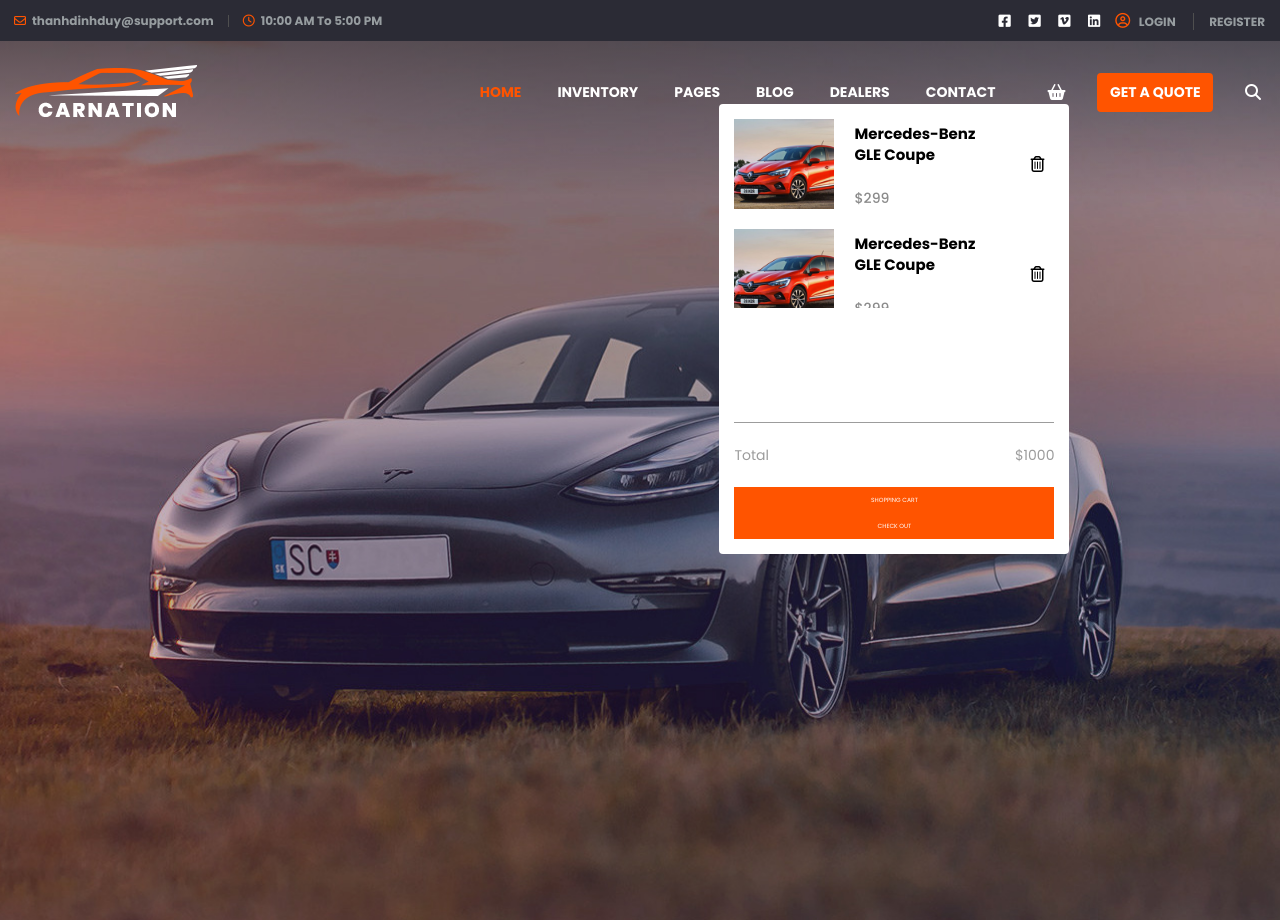
Repository: thanhdinh01/shopcar
Page: index.html
These files come from the project's save history. The page is drawn as it stood at one moment and after the next save; the edit follows.
The browser window is 1280 px wide. The pictures show the whole page.
Some web libraries are served in a nearby version. The style sheet was rebuilt from its Sass, Less or Tailwind sources for each picture, by a compiler version that may differ from the author's.

Above is the page before, as saved 2022-08-10 21:12:27.

### index.html
<!DOCTYPE html>
<html lang="en">
  <head>
    <meta charset="UTF-8" />
    <meta http-equiv="X-UA-Compatible" content="IE=edge" />
    <meta name="viewport" content="width=device-width, initial-scale=1.0" />
    <title>Increase follower on social media</title>
    <link
      rel="stylesheet"
      href="https://cdnjs.cloudflare.com/ajax/libs/font-awesome/6.1.2/css/all.min.css"
      integrity="sha512-1sCRPdkRXhBV2PBLUdRb4tMg1w2YPf37qatUFeS7zlBy7jJI8Lf4VHwWfZZfpXtYSLy85pkm9GaYVYMfw5BC1A=="
      crossorigin="anonymous"
      referrerpolicy="no-referrer"
    />
    <link
      href="https://fonts.googleapis.com/css2?family=Poppins:wght@300;400;500;600;700&display=swap"
      rel="stylesheet"
    />
    <link rel="stylesheet" href="./css/reset.css" />
    <link rel="stylesheet" href="./css/style.css" />
  </head>

  <body>
    <div class="main">
      <!-- HEADER -->
      <header class="header">
        <div class="header-top">
          <div class="container">
            <div class="header-top-container dflex">
              <ul class="header-top-left">
                <li>
                  <i class="fa-regular fa-envelope"></i>
                  <p>thanhdinhduy@support.com</p>
                </li>
                <li>
                  <i class="fa-regular fa-clock"></i>
                  <p>10:00 AM To 5:00 PM</p>
                </li>
              </ul>
              <ul class="header-top-right">
                <li class="header-contact">
                  <a href="#"><i class="fa-brands fa-square-facebook"></i></a>
                  <a href="#"><i class="fa-brands fa-square-twitter"></i></a>
                  <a href="#"><i class="fa-brands fa-square-vimeo"></i></a>
                  <a href="#"><i class="fa-brands fa-linkedin"></i></a>
                </li>
                <li class="header-login">
                  <a href="#" class="login">
                    <i class="fa-regular fa-circle-user"></i> LOGIN
                  </a>
                  <a href="#" class="logup"> REGISTER </a>
                </li>
              </ul>
            </div>
          </div>
        </div>
        <div class="header-navigation">
          <div class="container p15 dflex">
            <div class="nav-logo">
              <a href="#" class="logo-link">
                <img src="./images/header/logo.png" alt="logo" />
              </a>
            </div>
            <div class="nav-total dflex">
              <ul class="nav-list dflex">
                <li class="nav-item active">
                  <a href="#">HOME</a>
                </li>
                <li class="nav-item">
                  <a href="#">INVENTORY </a>
                  <ul class="sub-list">
                    <li class="sub-item">
                      <a href="#">Inventory List</a>
                    </li>
                    <li class="sub-item">
                      <a href="#">Inventory Details</a>
                    </li>
                  </ul>
                </li>
                <li class="nav-item">
                  <a href="#">PAGES</a>
                  <ul class="sub-list">
                    <li class="sub-item">
                      <a href="#">About us</a>
                    </li>
                    <li class="sub-item">
                      <a href="#">Loan Calculator</a>
                    </li>
                    <li class="sub-item">
                      <a href="#">Login Page</a>
                    </li>
                  </ul>
                </li>
                <li class="nav-item">
                  <a href="#">BLOG</a>
                  <ul class="sub-list">
                    <li class="sub-item">
                      <a href="#">Our Blog</a>
                    </li>
                    <li class="sub-item">
                      <a href="#">Blog Details</a>
                    </li>
                  </ul>
                </li>
                <li class="nav-item">
                  <a href="#">DEALERS</a>
                </li>
                <li class="nav-item">
                  <a href="#">CONTACT</a>
                </li>
              </ul>
              <ul class="nav-interact dflex">
                <li class="cart">
                  <a href="#" class="cart-link">
                    <i class="fa-solid fa-basket-shopping"></i>
                  </a>
                  <div class="cart-wrap">
                    <div class="cart-top">
                      <div class="cart-item">
                        <a href="#" class="product-img">
                          <img
                            src="./images/latest-car/t_released_cars_thumb01.jpg"
                            alt=""
                          />
                        </a>
                        <div class="product-desc">
                          <a href="#" class="product-title"
                            >Mercedes-Benz GLE Coupe</a
                          >
                          <span class="product-price">$299</span>
                        </div>
                        <div class="delete-item">
                          <i class="fa-regular fa-trash-can"></i>
                        </div>
                      </div>
                      <div class="cart-item">
                        <a href="#" class="product-img">
                          <img
                            src="./images/latest-car/t_released_cars_thumb01.jpg"
                            alt=""
                          />
                        </a>
                        <div class="product-desc">
                          <a href="#" class="product-title">
                            Mercedes-Benz GLE Coupe
                          </a>
                          <span class="product-price">$299</span>
                        </div>
                        <div class="delete-item">
                          <i class="fa-regular fa-trash-can"></i>
                        </div>
                      </div>
                      <div class="cart-item">
                        <a href="#" class="product-img">
                          <img
                            src="./images/latest-car/t_released_cars_thumb01.jpg"
                            alt=""
                          />
                        </a>
                        <div class="product-desc">
                          <a href="#" class="product-title"
                            >Mercedes-Benz GLE Coupe Benz GLE Coupe</a
                          >
                          <span class="product-price">$299</span>
                        </div>
                        <div class="delete-item">
                          <i class="fa-regular fa-trash-can"></i>
                        </div>
                      </div>
                      <div class="cart-item">
                        <a href="#" class="product-img">
                          <img
                            src="./images/latest-car/t_released_cars_thumb01.jpg"
                            alt=""
                          />
                        </a>
                        <div class="product-desc">
                          <a href="#" class="product-title"
                            >Mercedes-Benz GLE Coupe</a
                          >
                          <span class="product-price">$299</span>
                        </div>
                        <div class="delete-item">
                          <i class="fa-regular fa-trash-can"></i>
                        </div>
                      </div>
                    </div>
                    <div class="cart-bottom">
                      <div class="cart-bottom-price">
                        <p>Total</p>
                        <span>$1000</span>
                      </div>
                      <div class="cart-bottom-buying">
                        <button class="button buy-now">SHOPPING CART</button>
                        <button class="button check-out">CHECK OUT</button>
                      </div>
                    </div>
                  </div>
                </li>
                <li class="quote">
                  <button class="button">GET A QUOTE</button>
                </li>
                <li class="search">
                  <i class="fa-solid fa-magnifying-glass"></i>
                </li>
              </ul>
            </div>
          </div>
        </div>
        <div class="header-main"></div>
        <div class="header-selection"></div>
      </header>
    </div>
  </body>
</html>

### css/style.scss
@import "reset";
@import "variables";
@import "global";
@import "header";

### css/_variables.scss
$primaryColor: #ff5400;
$blackColor: #000;
$whiteColor: #fff;
$textColor: #9c9c9c;

### css/_global.scss
body,
*,
html {
    font-family: 'Poppins', sans-serif;
    font-size: 62.5%;
    box-sizing: border-box;
}

.container {
    max-width: 1440px;
    margin: 0 auto;
}

.dflex {
    display: flex;
    justify-content: space-between;
    align-items: center;
}

.button {
    outline: none;
    border: none;
    color: $whiteColor;
    background-color: $primaryColor;
    line-height: 1;
}

.p15 {
    padding: 0 15px;
}

### css/_header.scss
.header {
  background: url("../images/header/banner_bg02.jpg") center/ cover no-repeat;
  height: 920px;
  .header-top {
    max-width: 100%;
    height: 41px;
    background-color: #2b2b35;
    color: #979da0;
    font-size: 1.2rem;
    font-weight: 700;
    &-container,
    .container {
      height: 100%;
    }
    &-left {
      display: flex;
      li:first-child {
        border-right: 1px solid #4f4f4f;
      }
      li {
        display: flex;
        align-items: center;
        padding: 0 14px;
        i {
          color: $primaryColor;
          margin-right: 6px;
        }
      }
    }
    &-right {
      display: flex;
      align-items: center;
      .header-contact {
        a {
          color: $whiteColor;
          margin-left: 15px;
          font-size: 1.4rem;
          text-decoration: none;
          i {
            display: inline-block;
          }
          &:hover {
            color: $primaryColor;
          }
        }
      }
      .header-login {
        a {
          text-decoration: none;
          color: #979da0;
          padding: 0 15px;
          font-size: 12px;
          &:first-child {
            padding-right: 15px;
            border-right: 1px solid #4f4f4f;
            i {
              color: $primaryColor;
              margin-right: 6px;
              font-size: 1.5rem;
            }
          }
          &:hover {
            color: $primaryColor;
          }
        }
      }
    }
  }
  .header-navigation {
    padding-top: 24px;
    position: relative;
    &::after {
      content: "";
      position: absolute;
      left: 0;
      top: 0;
      width: 100%;
      height: 156px;
      background: linear-gradient(to bottom, #151515, transparent);
      opacity: 0.47;
    }
    .nav-logo,
    .nav-total {
      z-index: 1;
    }
    .nav-list {
      margin-right: 30px;
      .nav-item.active {
        a {
          color: $primaryColor;
        }
      }
      .nav-item {
        position: relative;
        a {
          padding: 20px 18px;
          display: inline-block;
          text-decoration: none;
          font-size: 14px;
          font-weight: 700;
          color: $whiteColor;
          &:hover {
            color: $primaryColor;
          }
        }
        &:hover .sub-list {
          opacity: 1;
          visibility: visible;
          transform: scale(1);
        }
        .sub-list {
          position: absolute;
          top: 100%;
          left: 0;
          width: 200px;
          padding: 15px 0;
          background-color: $whiteColor;
          box-shadow: 0px 30px 70px 0px rgb(137 139 142 / 15%);
          transform: scale(1, 0);
          transform-origin: 0 0;
          opacity: 0;
          visibility: hidden;
          transition: all 0.3s ease-in-out;
          .sub-item a {
            color: $blackColor;
            display: block;
            padding: 16px 18px;
            &:hover {
              color: $primaryColor;
            }
          }
        }
      }
    }
    .nav-interact {
      gap: 0 28px;
      .cart {
        position: relative;
        .cart-link {
          display: block;
          padding: 4px;
          i {
            font-size: 1.6rem;
            color: $whiteColor;
          }
        }
        .cart-wrap {
          position: absolute;
          right: 0;
          top: 100%;
          height: 450px;
          width: 350px;
          padding: 15px;
          display: flex;
          flex-direction: column;
          justify-content: space-between;
          background-color: $whiteColor;
          border-radius: 4px;
          .cart-top {
            max-height: 45%;
            width: 100%;
            overflow: auto;
            flex-shrink: 0;
            .cart-item {
              display: flex;
              // align-items: center;
              gap: 0 20px;
              margin-bottom: 20px;
              .product-img {
                width: 100px;
                height: 90px;
                display: block;
                flex-shrink: 0;
                img {
                  width: 100%;
                  height: 100%;
                  object-fit: cover;
                  display: block;
                }
              }
              .product-desc {
                display: flex;
                flex-direction: column;
                margin: 4px 0;
                .product-title {
                  display: block;
                  font-size: 1.5rem;
                  font-weight: 700;
                  text-decoration: none;
                  color: $blackColor;
                  line-height: 1.4;
                  &:hover {
                    color: $primaryColor;
                  }
                }
                .product-price {
                  display: block;
                  color: #8b8b8b;
                  font-size: 1.4rem;
                  font-weight: 500;
                  margin-top: auto;
                }
              }
              .delete-item {
                display: flex;
                align-items: center;
              }
              i {
                font-size: 1.6rem;
                padding: 0 10px;
                cursor: pointer;
                &:hover {
                  color: $primaryColor;
                }
              }
            }
          }
          .cart-bottom {
            margin-top: 25px;
            // flex: 1;
            border-top: 1px solid $textColor;
            &-price {
              font-size: 1.4rem;
              color: $textColor;
              display: flex;
              justify-content: space-between;
              margin: 25px 0;
            }
            &-buying {
              display: flex;
              flex-direction: column;
              margin-top: auto;
              .button {
                display: block;
                padding: 10px;
              }
            }
          }
        }
      }
      .quote {
        button {
          color: $whiteColor;
          font-size: 1.4rem;
          font-weight: 700;
          padding: 12.5px;
          border-radius: 4px;
          min-width: 44px;
          cursor: pointer;
          transition: all 0.3s ease;
          &:hover {
            background-color: $blackColor;
          }
        }
      }
      .search {
        i {
          display: block;
          font-size: 1.6rem;
          padding: 4px;
          color: $whiteColor;
          cursor: pointer;
        }
      }
    }
  }
}

Loaded but not shown: css/reset.css (common file); css/_reset.scss (common file)

After the next save:
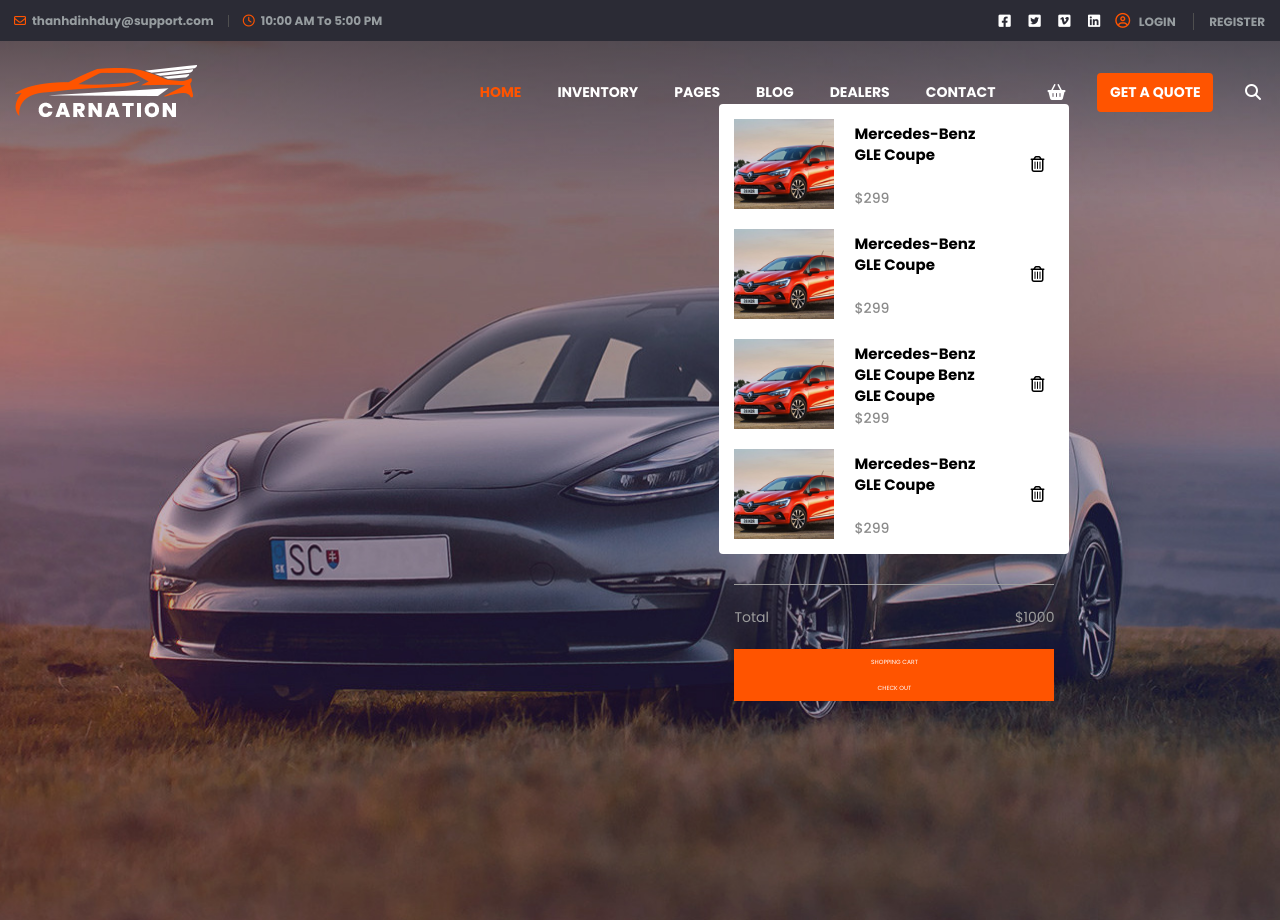
Saved 17 s later.
--- a/css/_header.scss
+++ b/css/_header.scss
@@ -148,7 +148,7 @@
           position: absolute;
           right: 0;
           top: 100%;
-          height: 450px;
+          max-height: 450px;
           width: 350px;
           padding: 15px;
           display: flex;

After the 2 saves that followed:
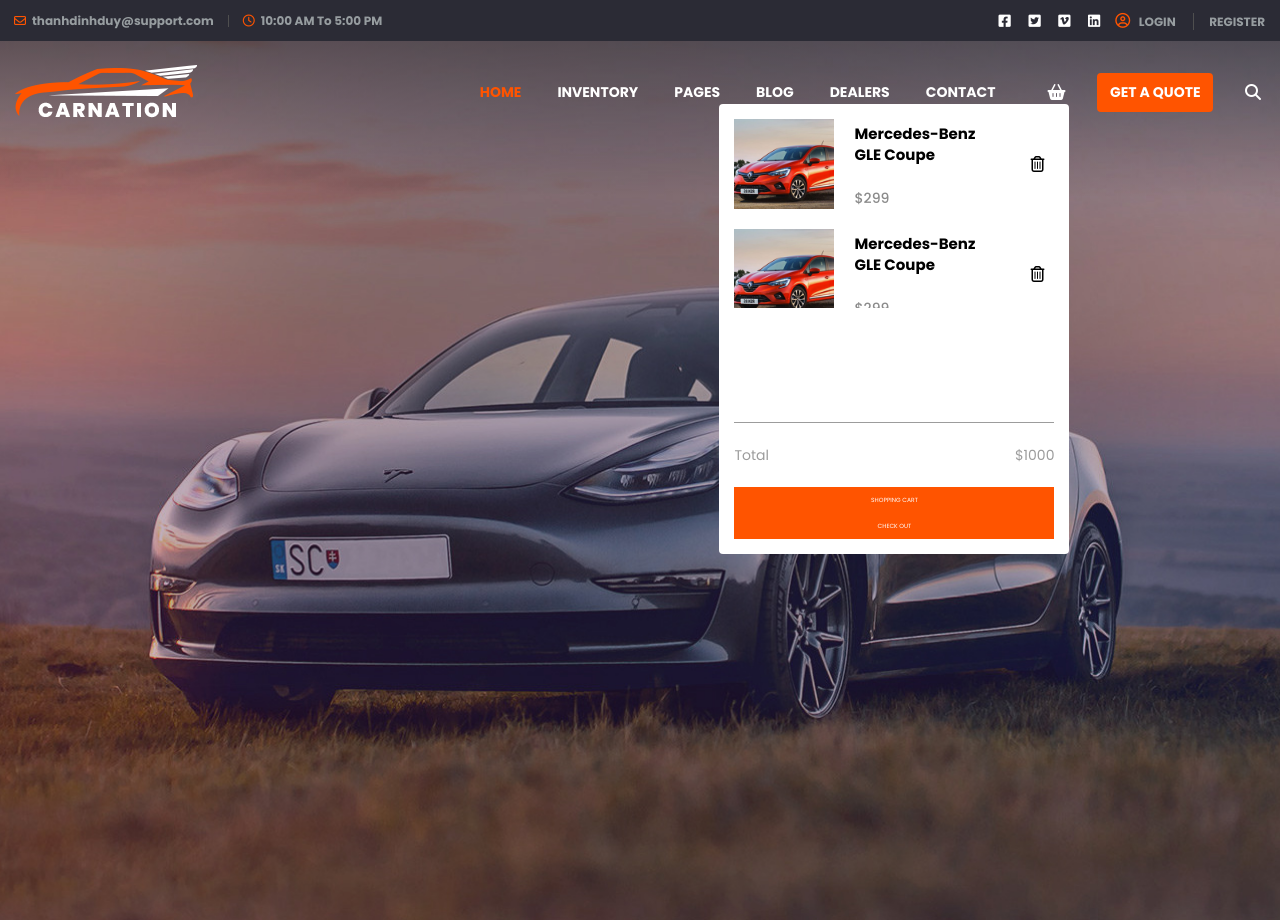
The 2 saves are shown as one change because 1 left the picture as it was.
The last was saved 26 s later.
--- a/css/_header.scss
+++ b/css/_header.scss
@@ -148,7 +148,7 @@
           position: absolute;
           right: 0;
           top: 100%;
-          max-height: 450px;
+          height: 450px;
           width: 350px;
           padding: 15px;
           display: flex;
